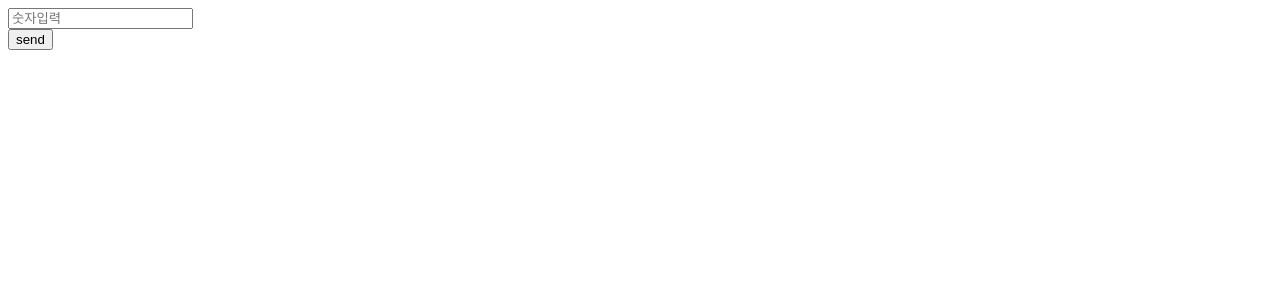
Repository: pillz9408/Jsp-Servlet
Page: jspstudy/day01/src/main/webapp/DataSend.html
These files come from the project's save history. The page is drawn as it stood at one moment and after the next save; the edit follows.
The browser window is 1280 px wide. The pictures show the whole page.

Above is the page before, as saved 2022-10-04 05:24:00.

### jspstudy/day01/src/main/webapp/DataSend.html
<!DOCTYPE html>
<html>
<head>
<meta charset="UTF-8">
<title>Insert title here</title>
</head>
<body>
<form>
	<input type=text name="data" placeholder = "숫자입력"><br>
	<input type="submit" value="send">
</form>

</body>
</html>

After the next save:
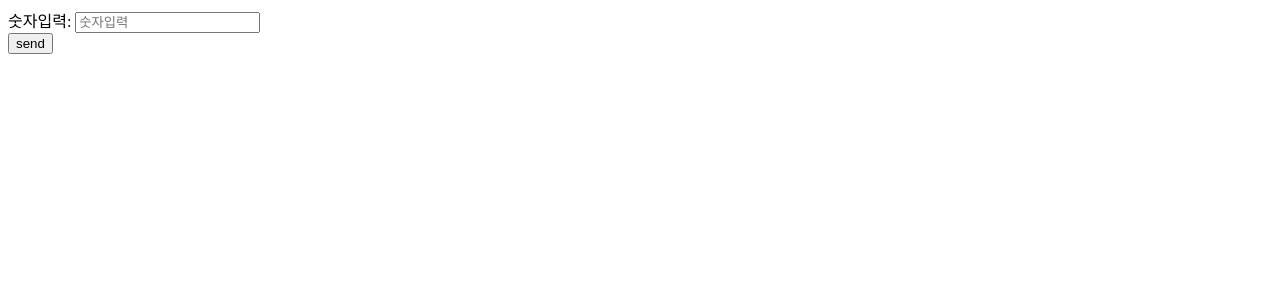
Saved 42 s later.
--- a/jspstudy/day01/src/main/webapp/DataSend.html
+++ b/jspstudy/day01/src/main/webapp/DataSend.html
@@ -6,7 +6,7 @@
 </head>
 <body>
 <form>
-	<input type=text name="data" placeholder = "숫자입력"><br>
+	숫자입력: <input type=text name="data" placeholder = "숫자입력"><br>
 	<input type="submit" value="send">
 </form>
 
